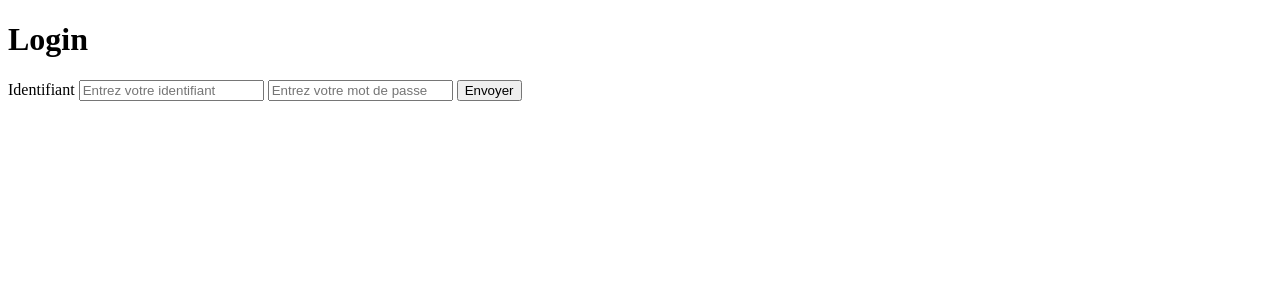
Repository: Luc010/Exercices
Page: HTML CSS/cours/formulaires/ex1.html
The author's editor kept a copy of each file at every save. The page is drawn from the files as they stood at one save, then again after the next save.
The browser window is 1280 px wide. The pictures show the whole page.

Above is the page before, as saved 2019-09-06 09:59:05.

After the next save:
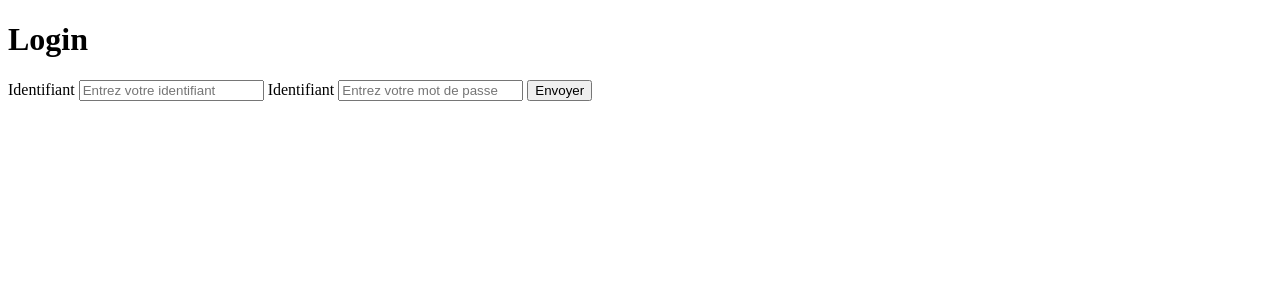
Saved 5 s later.
--- a/HTML CSS/cours/formulaires/ex1.html
+++ b/HTML CSS/cours/formulaires/ex1.html
@@ -11,6 +11,7 @@
     <form action="" method="POST">
         <label>Identifiant</label>
         <input type="text" name="identifiant" placeholder="Entrez votre identifiant">
+        <label>Identifiant</label>
         <input type="password" name="password" placeholder="Entrez votre mot de passe">
         <input type="submit" name="submit" value="Envoyer">
     </form>
